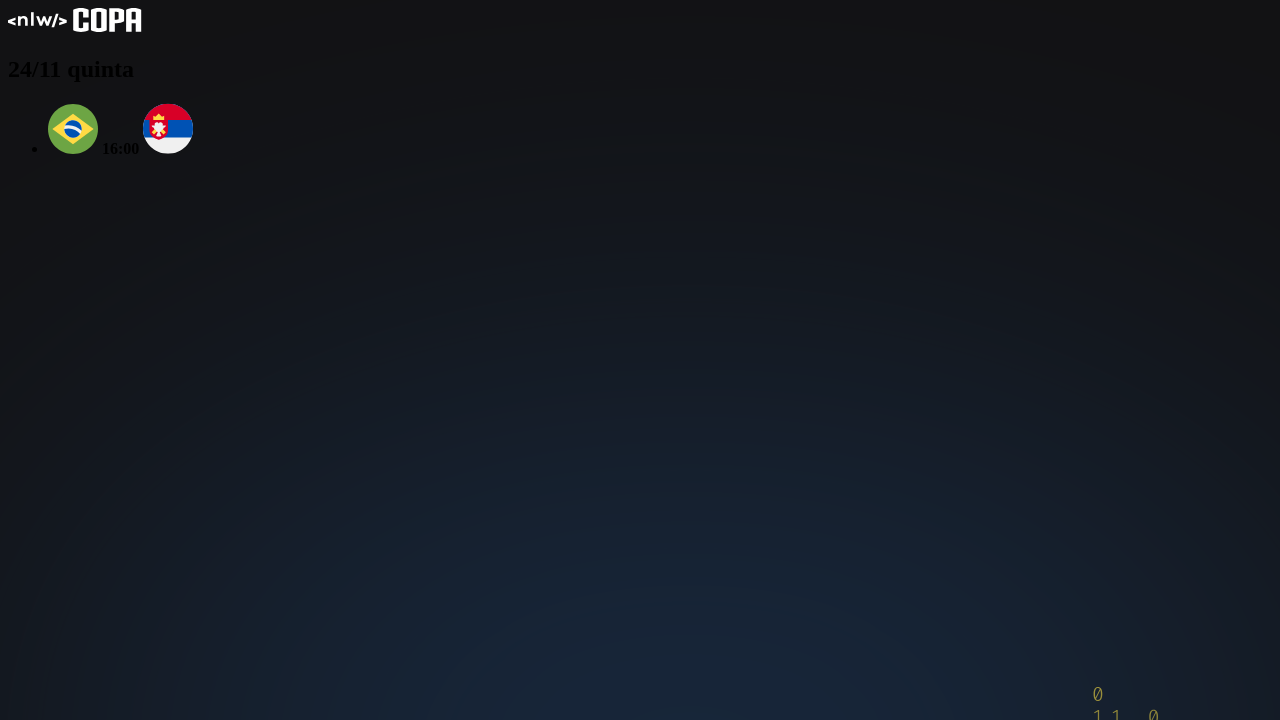
Repository: AlbertoLutz/calendario-copa
Page: index.html
The author's editor kept a copy of each file at every save. The page is drawn from the files as they stood at one save, then again after the next save.
The browser window is 1280 px wide. The pictures show the whole page.

Above is the page before, as saved 2022-11-07 11:56:41.

### index.html
<!DOCTYPE html>
<html lang="en">

<head>
    <meta charset="UTF-8">
    <meta http-equiv="X-UA-Compatible" content="IE=edge">
    <meta name="viewport" content="width=device-width, initial-scale=1.0">
    <link rel="stylesheet" href="style.css">
    <title>Calendário Copa 2022</title>
</head>

<body>

    <div id="app">
        <header>
            <img src="./assets/logo.svg" alt="Logo">
        </header>
    </div>

    <main class="cards">
        <div class="card">
            <h2>24/11 <span>quinta</span> </h2>
            <ul>
                <li>
                    <img src="./assets/brasil.svg" alt="" />
                    <strong>16:00</strong>
                    <img src="./assets/servia.svg" alt="" />
                </li>
            </ul>
        </div>
    </main>

</body>

</html>

### style.css
body {
    background-color: #121214;
    background-image: url('./assets/bg.svg');
}

### assets/logo.svg
<svg width="134" height="24" viewBox="0 0 134 24" fill="none" xmlns="http://www.w3.org/2000/svg">
<path fill-rule="evenodd" clip-rule="evenodd" d="M7.54438 12.0682V9.46625L0.0142616 12.1398H0V14.8099H0.0142616L7.54438 17.4834V14.878L3.68305 13.468L7.54438 12.0648V12.0682Z" fill="white"/>
<path fill-rule="evenodd" clip-rule="evenodd" d="M51.1599 17.3539V14.7519L55.0176 13.3522L51.1599 11.9524V9.35041L58.6793 12.0239H58.6971V14.6974H58.6793L51.1599 17.3573V17.3539ZM47.9296 5.66879L43.5085 19.2271H46.1327L50.5538 5.66879H47.9296Z" fill="white"/>
<path fill-rule="evenodd" clip-rule="evenodd" d="M18.6079 9.10859C19.3566 9.89192 19.7488 10.9273 19.7025 11.9865V17.7626H17.0783V12.5178C17.1104 11.932 16.9143 11.3598 16.5293 10.9034C16.1656 10.4981 15.6272 10.2734 15.0675 10.2972C13.4238 10.2972 12.6002 11.387 12.6002 13.5633V17.7626H9.97607V8.281H12.6002V9.13584C13.4345 8.36273 14.5647 7.95064 15.7271 7.99832C16.8109 7.95405 17.8592 8.35933 18.6079 9.10859Z" fill="white"/>
<path fill-rule="evenodd" clip-rule="evenodd" d="M23.0469 4.20435V17.7626H25.671V4.20435H23.0469Z" fill="white"/>
<path fill-rule="evenodd" clip-rule="evenodd" d="M40.51 17.7626H38.3208L36.1745 12.1772L34.0067 17.7626H31.8175L28.1381 8.26398H30.944L33.012 13.9448L35.1441 8.26398H37.1942L39.3263 13.9618L41.3942 8.26398H44.2002L40.5171 17.7626H40.51Z" fill="white"/>
<path d="M72.9474 23.9974C70.2586 23.9974 67.4337 23.5108 65.2197 22.3387V1.65881C67.3991 0.519838 70.2239 3.80731e-05 72.9474 3.80731e-05C75.6709 3.80731e-05 78.4291 0.486713 80.6057 1.65881V9.5934H75.1241V4.19411C74.4785 3.93421 73.6943 3.83738 72.9127 3.83738C72.1312 3.83738 71.4136 3.93421 70.7334 4.19411V19.8034C71.3789 20.0633 72.1285 20.1601 72.9127 20.1601C73.697 20.1601 74.4439 20.0633 75.1241 19.8034V14.4066H80.6057V22.3412C78.4611 23.4802 75.6362 23.9669 72.9474 24V23.9974Z" fill="white"/>
<path d="M90.8863 23.9974C87.9921 23.9974 85.2019 23.4114 82.9879 22.2087V1.7556C85.1672 0.586048 87.9601 0 90.8863 0C93.8125 0 96.536 0.552924 98.7153 1.7556V22.2087C96.5707 23.4114 93.7458 23.9643 90.8863 23.9974ZM93.2363 4.26032C92.5908 4.00042 91.8066 3.87047 90.8543 3.87047C89.902 3.87047 89.1524 4.00042 88.5042 4.26032V19.7065C89.1498 19.9995 89.934 20.1295 90.8543 20.1295C91.7746 20.1295 92.5561 19.9995 93.2363 19.7065V4.26032Z" fill="white"/>
<path d="M108.281 15.2169H106.816V23.7044H101.268V0.293039H108.281C111.618 0.293039 114.136 0.942789 116.11 2.27541V13.2345C114.171 14.5366 111.615 15.2169 108.281 15.2169ZM110.596 4.32403C110.087 3.96731 109.404 3.80423 108.246 3.80423H106.747V11.7057H108.246C109.369 11.7057 110.049 11.5426 110.596 11.219V4.32403Z" fill="white"/>
<path d="M127.716 23.7044V15.2169H123.632V23.7044H118.118V1.72247C120.127 0.583501 122.952 0 125.675 0C128.399 0 131.189 0.586049 133.198 1.72247V23.7044H127.716ZM127.716 4.06412C127.137 3.80422 126.422 3.67427 125.673 3.67427C124.923 3.67427 124.208 3.80422 123.629 4.06412V11.5095H127.713V4.06412H127.716Z" fill="white"/>
</svg>

### assets/brasil.svg
<svg width="50" height="50" viewBox="0 0 50 50" fill="none" xmlns="http://www.w3.org/2000/svg">
<g clip-path="url(#clip0_402_253)">
<path d="M25 50C38.8071 50 50 38.8071 50 25C50 11.1929 38.8071 0 25 0C11.1929 0 0 11.1929 0 25C0 38.8071 11.1929 50 25 50Z" fill="#6DA544"/>
<path d="M25 9.78259L45.6521 25L25 40.2174L4.34784 25L25 9.78259Z" fill="#FFDA44"/>
<path d="M25 33.6956C29.8024 33.6956 33.6956 29.8024 33.6956 25C33.6956 20.1975 29.8024 16.3044 25 16.3044C20.1975 16.3044 16.3044 20.1975 16.3044 25C16.3044 29.8024 20.1975 33.6956 25 33.6956Z" fill="#F0F0F0"/>
<path d="M20.6521 24.4565C19.14 24.4565 17.6808 24.6865 16.3071 25.1133C16.368 29.8633 20.2355 33.6957 25 33.6957C27.9461 33.6957 30.548 32.2292 32.121 29.9879C29.4299 26.619 25.2892 24.4565 20.6521 24.4565Z" fill="#0052B4"/>
<path d="M33.5345 26.666C33.6392 26.1266 33.6957 25.57 33.6957 25C33.6957 20.1974 29.8025 16.3044 25.0001 16.3044C21.4167 16.3044 18.3405 18.4724 17.0093 21.568C18.186 21.3241 19.4044 21.1957 20.6523 21.1957C25.7028 21.1956 30.2718 23.295 33.5345 26.666Z" fill="#0052B4"/>
</g>
<defs>
<clipPath id="clip0_402_253">
<rect width="50" height="50" fill="white"/>
</clipPath>
</defs>
</svg>

### assets/servia.svg
<svg width="50" height="51" viewBox="0 0 50 51" fill="none" xmlns="http://www.w3.org/2000/svg">
<g clip-path="url(#clip0_509_173)">
<path d="M25 50.8182C38.8071 50.8182 50 39.6253 50 25.8182C50 12.0111 38.8071 0.818176 25 0.818176C11.1929 0.818176 0 12.0111 0 25.8182C0 39.6253 11.1929 50.8182 25 50.8182Z" fill="#F0F0F0"/>
<path d="M25 0.818176C11.193 0.818176 0 12.0111 0 25.8182C0 28.8762 0.550098 31.8056 1.55498 34.5138H48.4451C49.45 31.8056 50 28.8762 50 25.8182C50 12.0111 38.807 0.818176 25 0.818176Z" fill="#0052B4"/>
<path d="M25 0.818176C14.2508 0.818176 5.08726 7.60255 1.55493 17.1226H48.4451C44.9126 7.60255 35.7491 0.818176 25 0.818176V0.818176Z" fill="#D80027"/>
<path d="M6.4646 14.9487V27.42C6.4646 34.5141 15.7323 36.6878 15.7323 36.6878C15.7323 36.6878 24.9999 34.5141 24.9999 27.42V14.9487H6.4646Z" fill="#D80027"/>
<path d="M10.2974 17.1225H21.167V12.7747L18.9931 13.8616L15.7322 10.6008L12.4713 13.8616L10.2974 12.7747V17.1225Z" fill="#FFDA44"/>
<path d="M22.826 29.1564L15.7608 22.0911L8.69556 29.1564L11.0013 31.4621L15.7608 26.7026L20.5203 31.4621L22.826 29.1564Z" fill="#FFDA44"/>
<path d="M22.826 22.5573H19.5295C19.7149 22.2374 19.8227 21.8669 19.8227 21.4706C19.8227 20.2698 18.8494 19.2967 17.6488 19.2967C16.8192 19.2967 16.0988 19.7613 15.7323 20.4444C15.3658 19.7614 14.6454 19.2967 13.8158 19.2967C12.6152 19.2967 11.6418 20.2698 11.6418 21.4706C11.6418 21.8669 11.7497 22.2375 11.935 22.5573H8.69556C8.69556 23.758 9.74136 24.7313 10.9418 24.7313H10.8695C10.8695 25.9319 11.8427 26.9052 13.0434 26.9052C13.0434 27.9683 13.8069 28.8515 14.8152 29.0405L13.1023 32.9079C13.9232 33.2416 14.8203 33.427 15.7609 33.427C16.7015 33.427 17.5986 33.2416 18.4195 32.9079L16.7066 29.0405C17.7149 28.8517 18.4784 27.9684 18.4784 26.9052C19.6791 26.9052 20.6523 25.9319 20.6523 24.7313H20.5799C21.7803 24.7313 22.826 23.7579 22.826 22.5573V22.5573Z" fill="#F0F0F0"/>
</g>
<defs>
<clipPath id="clip0_509_173">
<rect width="50" height="50" fill="white" transform="translate(0 0.818176)"/>
</clipPath>
</defs>
</svg>

Loaded but not shown: assets/bg.svg (484 lines, source omitted)

After the next save:
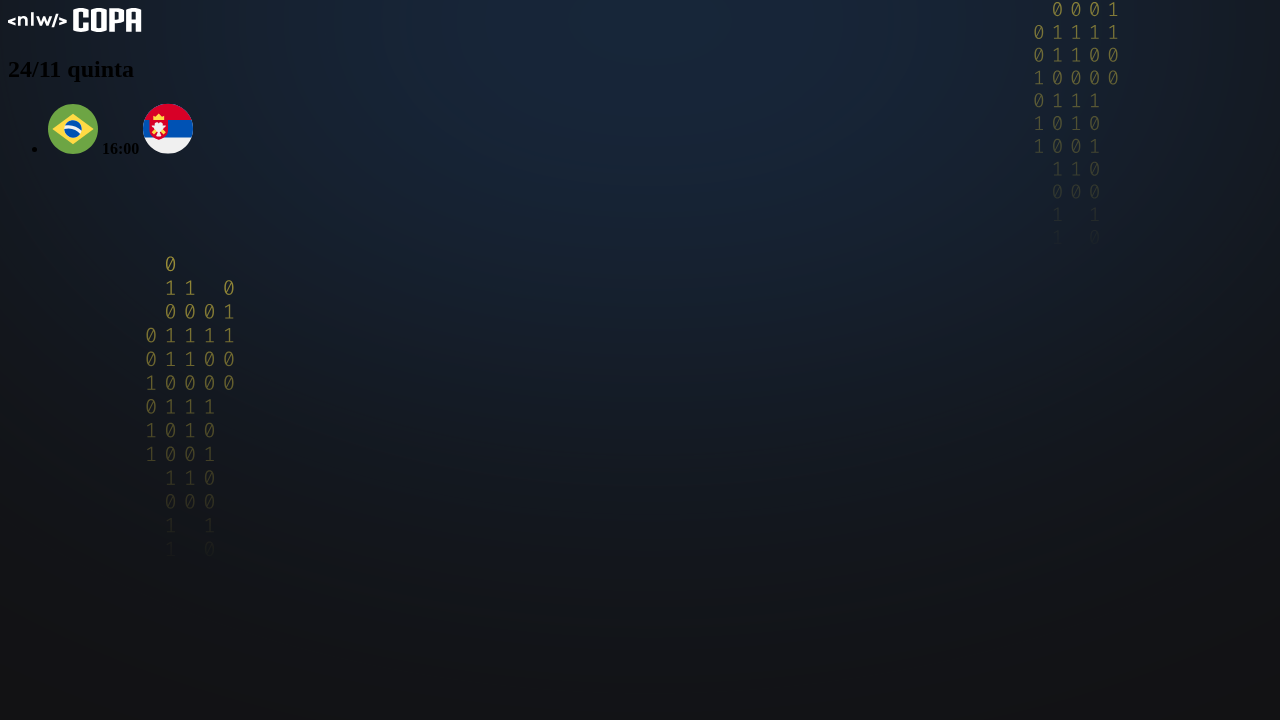
Saved 76 s later.
--- a/style.css
+++ b/style.css
@@ -1,4 +1,6 @@
 body {
     background-color: #121214;
     background-image: url('./assets/bg.svg');
+    background-position-x: center;
+    background-position-y: 55%;
 }

After the 4 saves that followed:
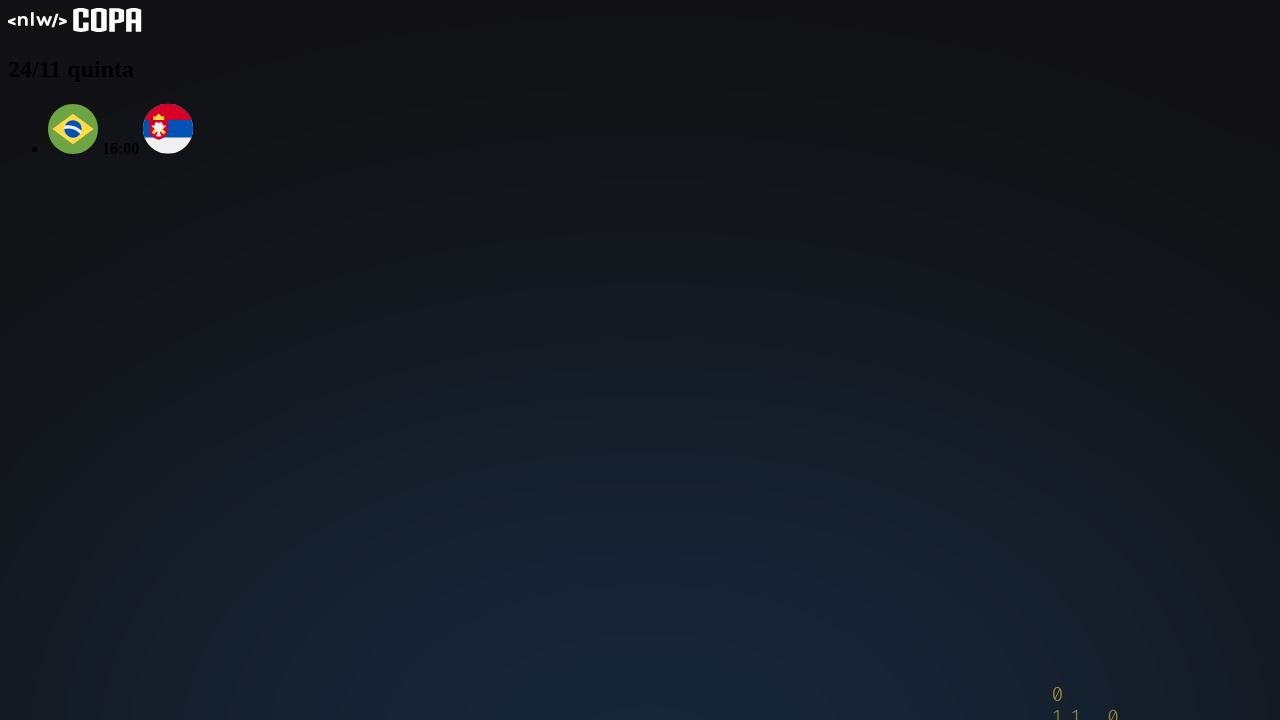
The 4 saves are shown as one change because 2 left the picture as it was and some came seconds apart.
The last was saved 58 s later.
--- a/style.css
+++ b/style.css
@@ -2,5 +2,5 @@
     background-color: #121214;
     background-image: url('./assets/bg.svg');
     background-position-x: center;
-    background-position-y: 55%;
+    background-position-y: 55, 6%;
 }
